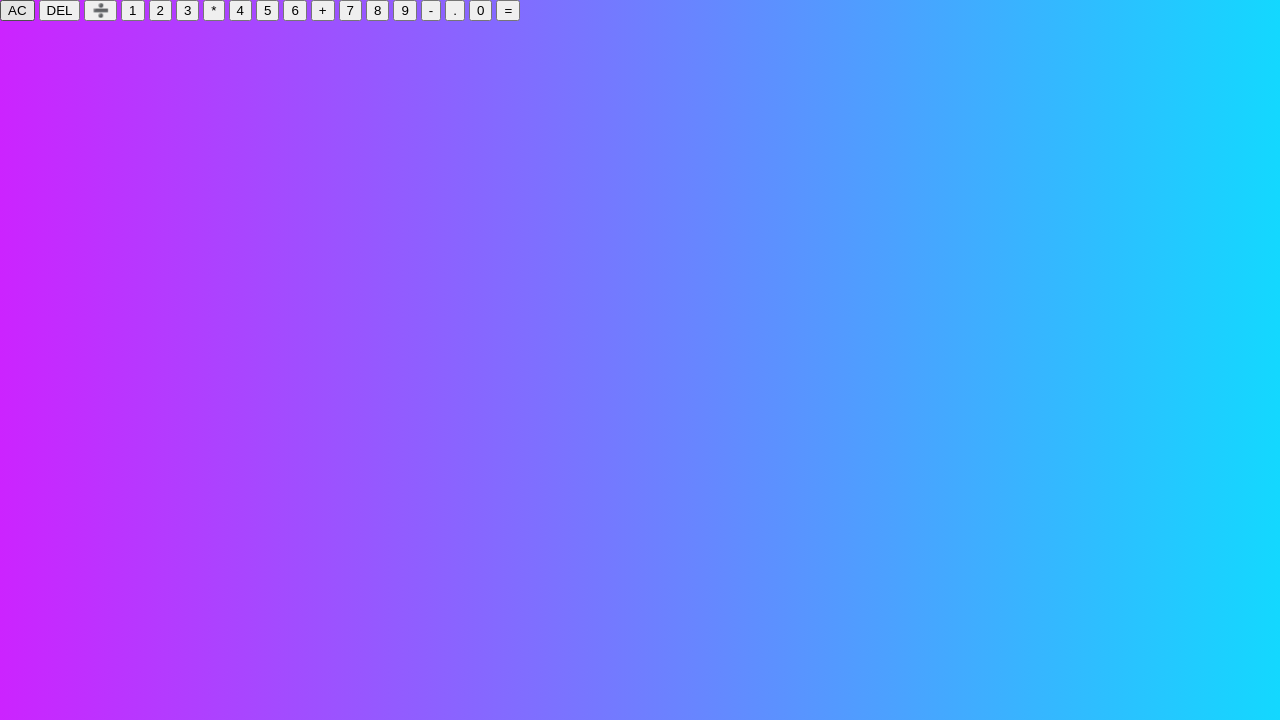
Repository: burntaftermint/calculator
Page: index.html
An editor plug-in stored every save of this project. The page is shown before and after the next save, followed by the edit.
The browser window is 1280 px wide. The pictures show the whole page.

Above is the page before, as saved 2023-11-01 02:24:37.

After the next save:
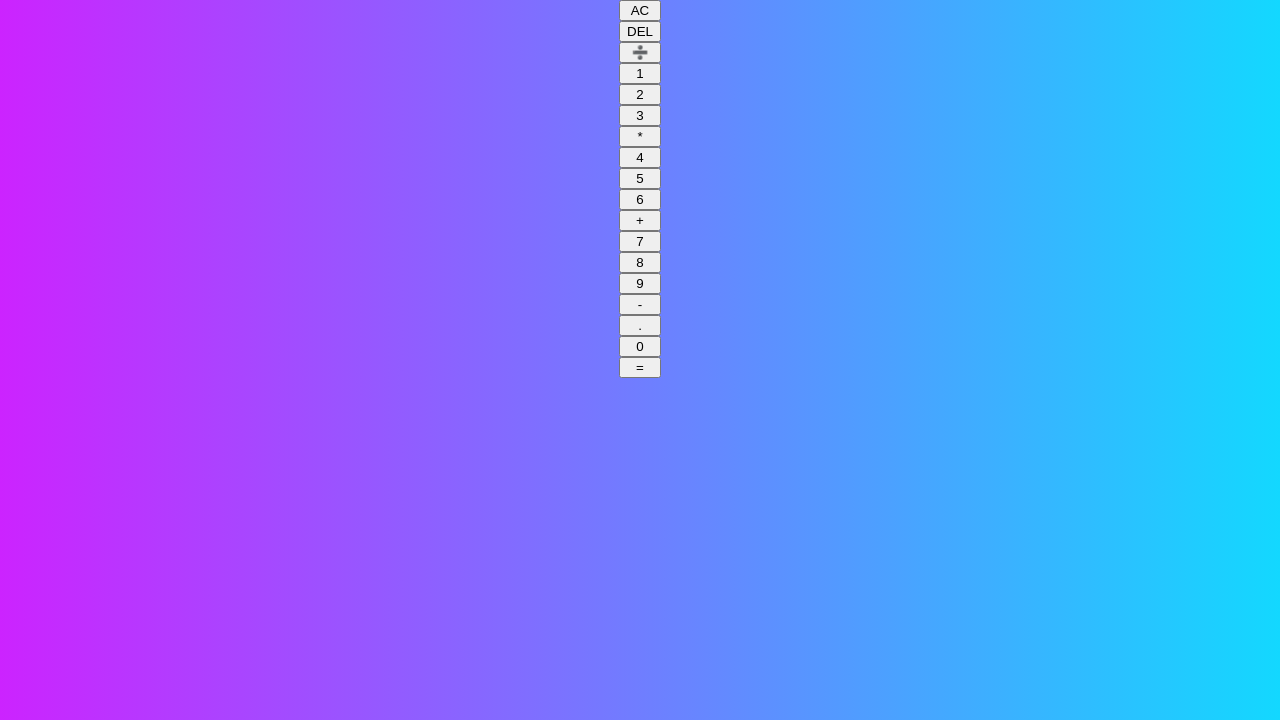
Saved 43 s later.
--- a/styles.css
+++ b/styles.css
@@ -9,3 +9,9 @@ body {
     margin: 0;
     background: linear-gradient(to right, #cc23ff, #13d8ff);
 }
+
+.calculator-grid {
+    display: grid;
+    justify-content: center;
+    align-items: center;
+}
